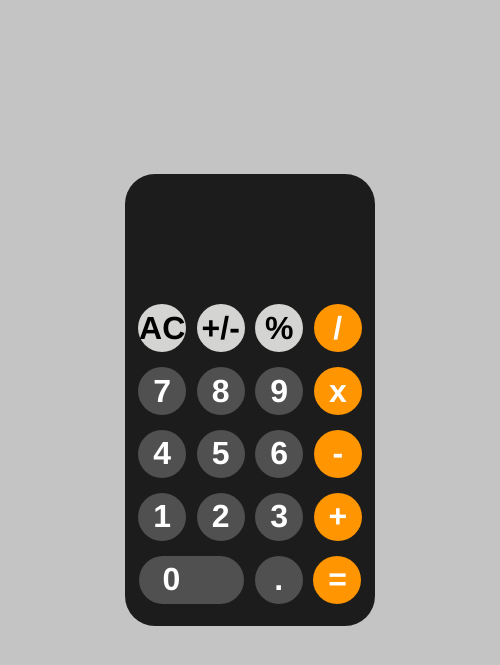
Repository: raulpenate/Calculadora-VUE3
Page: /
An editor plug-in stored every save of this project. The page is shown before and after a run of saves, followed by the edit.
The browser window is 500 px wide. The pictures show the whole page.
The project was rebuilt for these pictures with package versions that can differ from the ones it lists, and the page was loaded fresh each time.

Above is the page before, as saved 2022-03-12 07:49:25.

### src/App.vue
<template>
  <Calculator />
</template>

<script>
import Calculator from "./components/Calculator.vue";

export default {
  name: "App",
  components: {
    Calculator,
  },
};
</script>

<style>
#app {
  font-family: Avenir, Helvetica, Arial, sans-serif;
  display: flex;
  align-items: center;
  position: absolute;
  top: 50%;
  left: 50%;
  -ms-transform: translate(-50%, -50%);
  transform: translate(-50%, -50%);
}
</style>

### src/components/Calculator.vue
<template>
  <div class="carcasa">
    <div class="pantalla">
      <div class="datosanteriores">
        <label class="">{{ pantallasuperior }}</label>
      </div>
      <input
        v-model="pantallainterna"
        class="pantallainterna"
        type="text"
        name="numero"
        pattern="\d"
        readonly
      />
    </div>
    <div class="fila">
      <div @click="reset" class="boton gris">AC</div>
      <div @click="invertirSigno" class="boton gris">+/-</div>
      <div @click="porcentaje" class="boton gris">%</div>
      <div class="boton orange">/</div>
    </div>
    <div class="fila">
      <div @click="agregarNumero('7')" class="boton">7</div>
      <div @click="agregarNumero('8')" class="boton">8</div>
      <div @click="agregarNumero('9')" class="boton">9</div>
      <div @click="agregarNumero('')" class="boton orange">x</div>
    </div>
    <div class="fila">
      <div @click="agregarNumero('4')" class="boton">4</div>
      <div @click="agregarNumero('5')" class="boton">5</div>
      <div @click="agregarNumero('6')" class="boton">6</div>
      <div class="boton orange">-</div>
    </div>
    <div class="fila">
      <div @click="agregarNumero('1')" class="boton">1</div>
      <div @click="agregarNumero('2')" class="boton">2</div>
      <div @click="agregarNumero('3')" class="boton">3</div>
      <div @click="sumar" class="boton orange">+</div>
    </div>
    <div class="fila final">
      <div @click="agregarCero" class="boton grande">0</div>
      <div @click="agregarPunto" class="boton">.</div>
      <div @click="igual" class="boton orange">=</div>
    </div>
  </div>
</template>

<script>
export default {
  name: "Calculator",
  props: {
    numero: Number,
  },
  data() {
    return {
      pantallainterna: this.numero,
      pantallasuperior: this.numero,
    };
  },
  methods: {
    agregarNumero(valor) {
      if (!this.pantallainterna) {
        this.pantallainterna = valor;
      } else {
        this.pantallainterna += valor;
      }
    },
    agregarCero() {
      if (!this.pantallainterna) {
        this.pantallainterna = "0";
      } else {
        this.pantallainterna += "0";
      }
    },
    agregarPunto() {
      if (this.pantallainterna.search(/\./g) == -1) {
        this.pantallainterna += ".";
      }
    },
    reset() {
      this.pantallainterna = null;
      this.pantallasuperior = null;
    },
    porcentaje() {
      this.pantallainterna = this.pantallainterna * 0.01;
    },
    invertirSigno() {},
    sumar() {
      if (!!this.pantallainterna) {
        this.pantallasuperior = `+ ${this.pantallainterna}`;
        this.pantallainterna = "";
      }
    },
    hacerOperacion(primerTermino, segundoTermino, signo) {
      return signo == "+"
        ? primerTermino + segundoTermino
        : signo == "-"
        ? primerTermino - segundoTermino
        : signo == "x"
        ? primerTermino * segundoTermino
        : signo == "/"
        ? primerTermino / segundoTermino
        : "Signo no encontrado";
    },
    igual() {
      //REGEX To find any, ^ start with x, -, /,  + simbol, \s for a space, gm global multiline
      let wea = this.pantallasuperior.search(/^(\x|\-|\/|\+)\s/gm);
      console.log(wea);
    },
  },
};
</script>

<style>
* {
  padding: 0;
  margin: 0;
  box-sizing: border-box;
}

body {
  background: #c4c4c4;
  margin: auto 30%;
}

/* CARCASA */

.carcasa {
  background: #1c1c1c;
  display: flex;
  flex-flow: wrap;
  justify-content: space-between;
  border-radius: 30px;
  max-width: 350px;
}

/* PANTALLA */

.pantalla {
  padding: 5%;
  display: flex;
  flex-wrap: wrap;
  align-content: stretch;
  width: 100%;
}

.pantallainterna {
  display: inline-block;
  position: relative;
  width: 100%;
  background: #1c1c1c;
  color: #ffffff;
  outline: none;
  border: none;
  text-align: right;
  font-size: 8vh;
}

input[type="number"]::-webkit-inner-spin-button,
input[type="number"]::-webkit-outer-spin-button {
  -webkit-appearance: none;
  margin: 0;
}

.datosanteriores {
  font-size: 3vh;
  width: 100%;
  color: #fff;
  text-align: right;
  height: 3vh;
}

/* BOTONES */

.fila {
  width: 100%;
  font-weight: bold;
  display: flex;
  flex-flow: wrap row;
  justify-content: space-evenly;
  margin: 2%;
}

.boton {
  background: #505050;
  color: #ffffff;
  width: 20px;
  height: 20px;
  position: relative;
  font-size: 4vh;
  padding: 10%;
  display: flex;
  justify-content: center;
  align-items: center;
  border-radius: 50%;
  margin: 1%;
}

.orange {
  background: #ff9500;
}

.gris {
  background: #d4d4d2;
  color: #000;
}

.boton:hover {
  background: rgba(255, 255, 255, 0.4);
}

.orange:hover {
  background: rgba(247, 127, 72, 0.9);
}

.inicio {
  margin-top: 1%;
}

.final {
  margin-bottom: 8%;
}

.grande {
  flex-grow: 0.7;
  border-radius: 50px;
  display: flex;
  justify-content: start;
}

/* RESPONSIVE */

@media screen and (max-width: 500px) {
  body {
    margin: 0;
  }
}
</style>

Loaded but not shown: public/index.html (common file); src/main.js (common file)

After the next 2 saves:
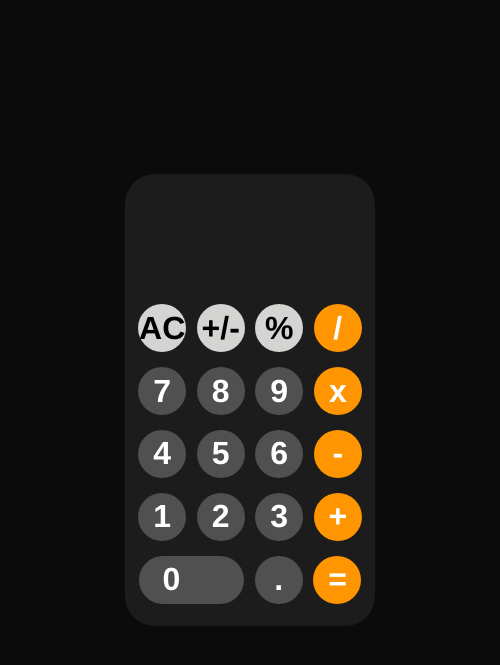
The 2 saves are shown as one change because they came seconds apart.
The last was saved 17 s later.
--- a/src/components/Calculator.vue
+++ b/src/components/Calculator.vue
@@ -230,9 +230,10 @@ input[type="number"]::-webkit-outer-spin-button {
 
 /* RESPONSIVE */
 
-@media screen and (max-width: 500px) {
+@media screen and (min-width: 500px) {
   body {
-    margin: 0;
+    background: #0c0b0b;
+    margin: auto 30%;
   }
 }
 </style>
